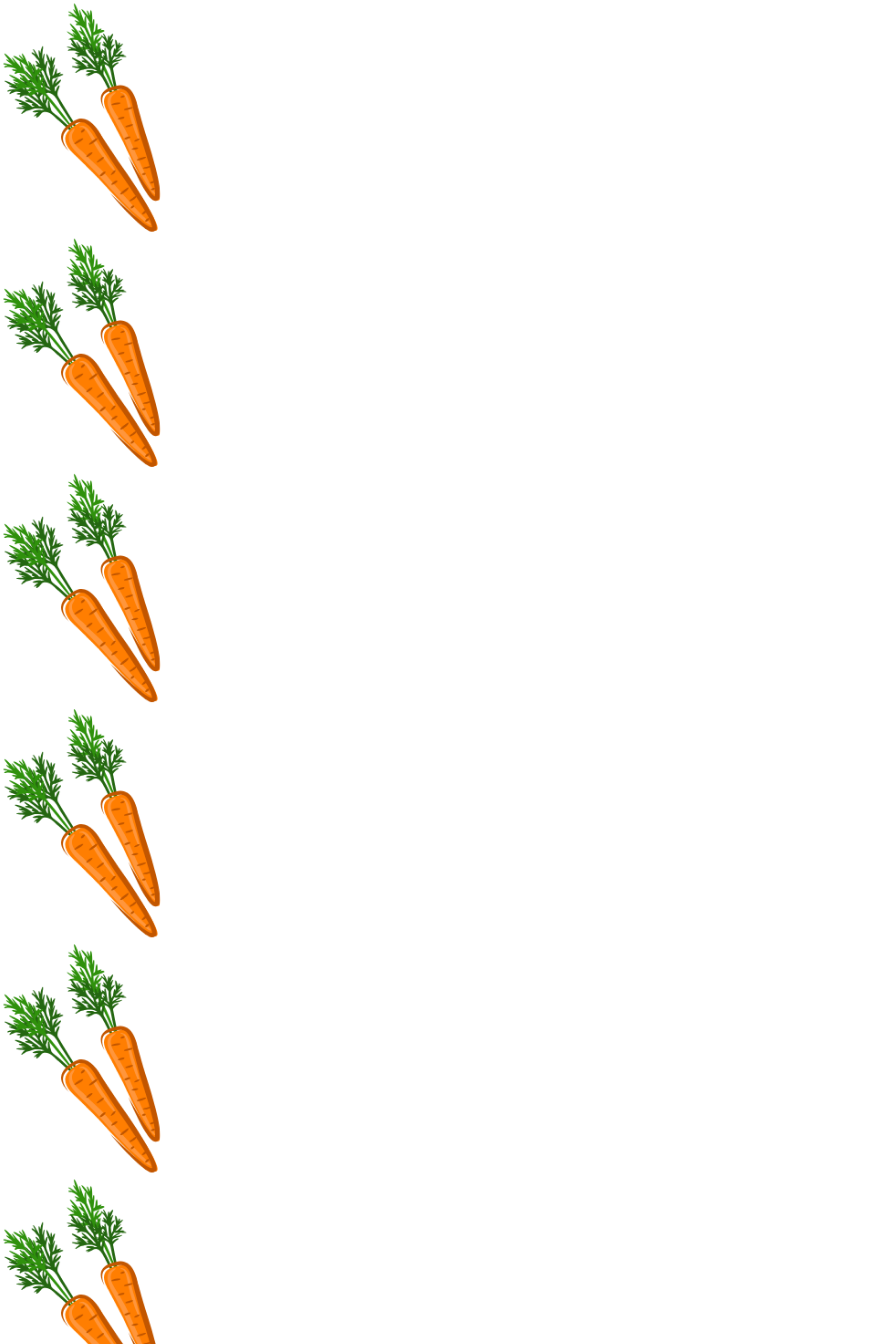
Repository: sephinejo/frontend-browser-101
Page: browser/practice-find-rabbit/index.html
These files come from the project's save history. The page is drawn as it stood at one moment and after the next save; the edit follows.
The browser window is 1280 px wide. The pictures show the part of the page from y = 0 to 1920 px (the page is 3989 px tall before and 3666 px after), at 70% of full size.

Above is the page before, as saved 2023-05-10 21:08:40.

### browser/practice-find-rabbit/index.html
<!DOCTYPE html>
<html lang="en">
  <head>
    <meta charset="UTF-8" />
    <meta name="viewport" content="width=device-width, initial-scale=1.0" />
    <title>Scroll</title>
    <style>
      body {
        margin: 0;
        display: flex;
        flex-direction: column;
      }
      img {
        margin: 5px;
        width: 240px;
      }
    </style>
  </head>
  <body>
    <img src="img/carrot.png" alt="carrot" />
    <img src="img/carrot.png" alt="carrot" />
    <img src="img/carrot.png" alt="carrot" />
    <img src="img/carrot.png" alt="carrot" />
    <img src="img/carrot.png" alt="carrot" />
    <img src="img/carrot.png" alt="carrot" />
    <img src="img/carrot.png" alt="carrot" />
    <img src="img/rabbit.png" alt="rabbit" />
    <img src="img/carrot.png" alt="carrot" />
    <img src="img/carrot.png" alt="carrot" />
    <img src="img/carrot.png" alt="carrot" />
    <img src="img/carrot.png" alt="carrot" />

    <script></script>
  </body>
</html>

After the next save:
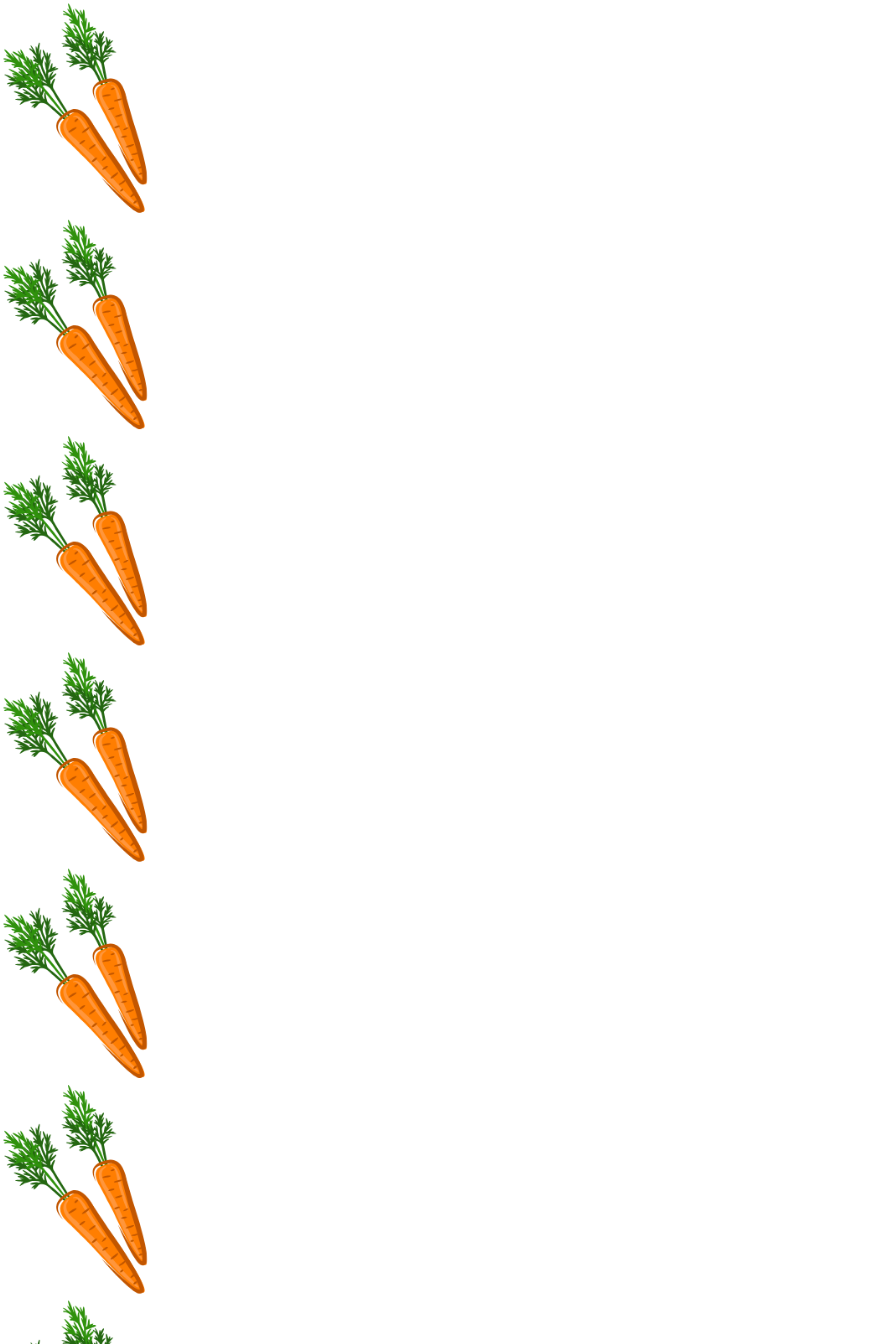
Saved 9 s later.
--- a/browser/practice-find-rabbit/index.html
+++ b/browser/practice-find-rabbit/index.html
@@ -12,7 +12,7 @@
       }
       img {
         margin: 5px;
-        width: 240px;
+        width: 220px;
       }
     </style>
   </head>
